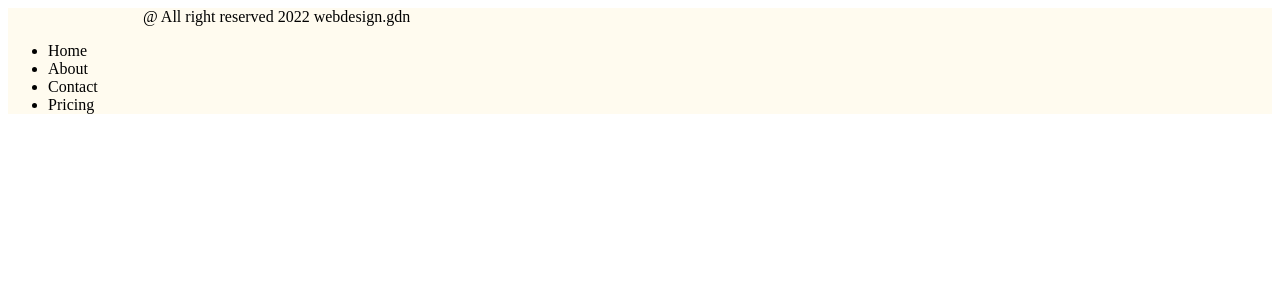
Repository: ngocphuocha/4lifeteam-marketing-agency
Page: index.html
An editor plug-in stored every save of this project. The page is shown before and after the next save, followed by the edit.
The browser window is 1280 px wide. The pictures show the whole page.

Above is the page before, as saved 2023-03-13 14:15:30.

After the next save:
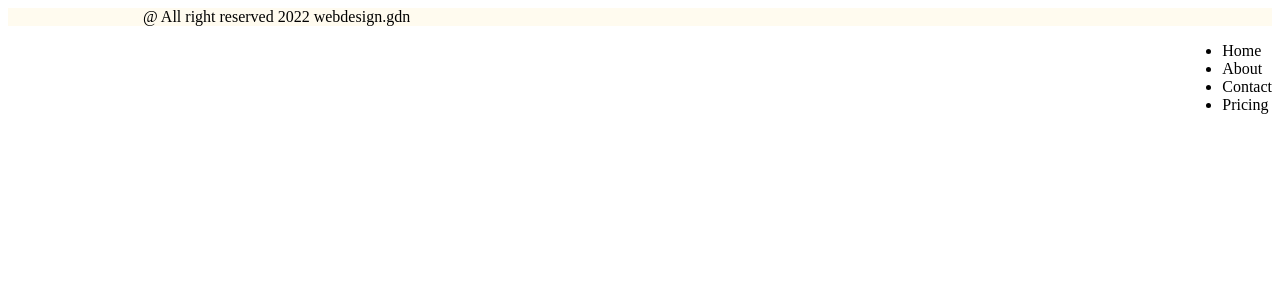
Saved 47 s later.
--- a/css/footer-service.css
+++ b/css/footer-service.css
@@ -9,7 +9,7 @@
     margin-left: 135px;
 }
 
-.background-footer .footer-text .list{
+.background-footer .list{
    float: right;
 }
 
